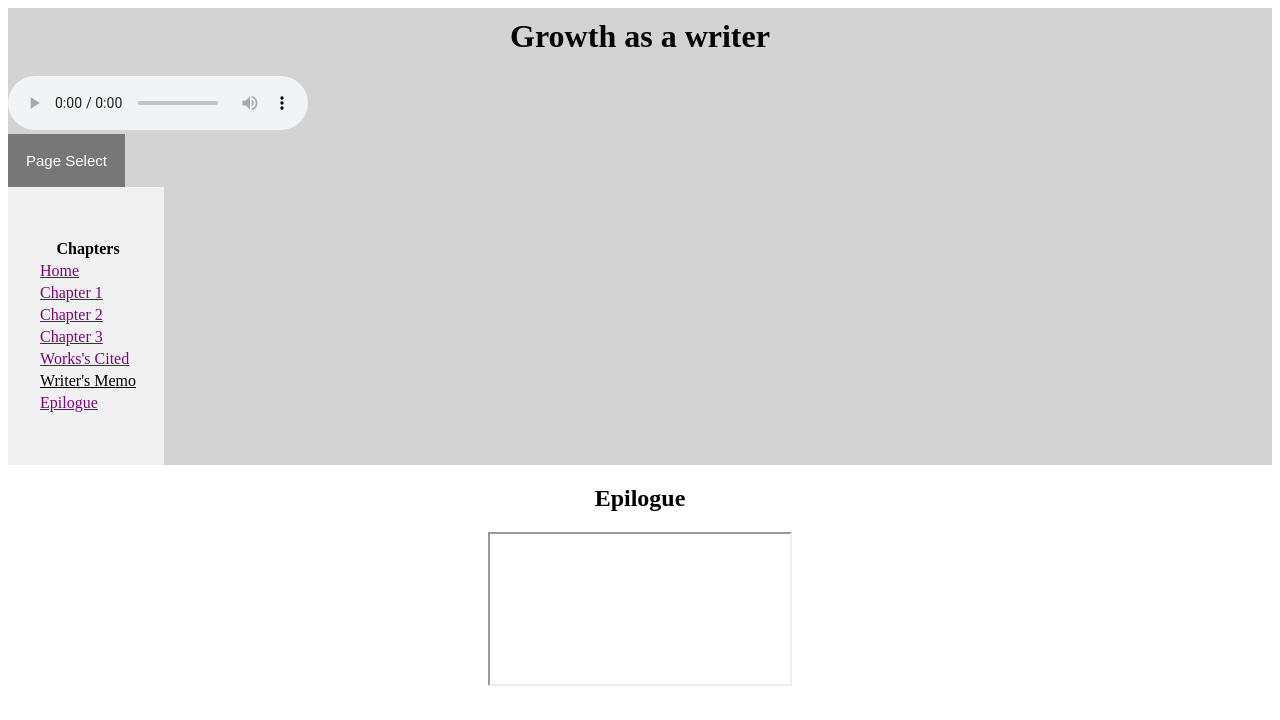
Repository: jpaisiem/WP-4
Page: Epilogue.html
These files come from the project's save history. The page is drawn as it stood at one moment and after the next save; the edit follows.
The browser window is 1280 px wide. The pictures show the whole page.

Above is the page before, as saved 2025-05-01 12:34:46.

### Epilogue.html
<!DOCTYPE html>
<html>
<head>
<meta name="viewport" content="width=device-width, initial-scale=1">
<style>
.collapsible {
  background-color: #777;
  color: white;
  cursor: pointer;
  padding: 18px;
  width: fit-content;
  border: none;
  text-align: left;
  outline: none;
  font-size: 15px;
}

.active, .collapsible:hover {
  background-color: #555;
}

.content {
  display: flex;
  flex-direction: column;
  overflow: hidden;
  background-color: #f1f1f1;
  width: fit-content;
  height: fit-content;
  padding-left: 2.3%;
  padding-right: 2%;
}
p
{
 font-size: 25px;
 text-align: left;
 margin-left:25%;
}
li
{
 font-size: 25px;
 text-align: left;
 margin-left: 5%;

}
</style>
<title>Growth as a writer - Epilogue</title>
</head>
<body>
    <div style="background-color: lightgray; display: flex; flex-direction: column; margin-top: 0%;">
        <h1 style="text-align: center; background-color: lightgray; padding-top: 10px; margin-top: 0%;">Growth as a writer</h1>
        <div style="align-items: center;">
        <audio controls>
            <source src="audio.mp3" type="audio/mpeg">
        </audio>
        </div>
<button type="button" class="collapsible">Page Select</button>
<div class="content">
  <p><table>
    <tr>
        <th>Chapters</th>
    </tr>
    <tr>
        <td><a href="index.html" style="color: purple;">Home</a></td>
    </tr>
    <tr>
        <td><a href="Chapter1.html" style="color: purple;">Chapter 1</a></td>
    </tr>
     <tr>
        <td><a href="Chapter2.html" style="color: purple;">Chapter 2</a></td>
    </tr>
    <tr>
        <td><a href="Chapter3.html" style="color: purple;">Chapter 3</a></td>
    </tr>
    <tr>
        <td><a href="WorksCited.html" style="color: purple;">Works&apos;s Cited</a></td>
    </tr>
    <tr>
        <td><a href="WritersMemo.html" style="color: black;">Writer&apos;s Memo</a></td>
    </tr>
    <tr>
        <td><a href="Epilogue.html" style="color: purple;">Epilogue</a></td>
    </tr>
  </table></p>
</div>
    </div>
<div style="text-align: center;">
     <h2 style="text-align: center;">Epilogue</h2>
    <iframe>

</div>
<script>
var coll = document.getElementsByClassName("collapsible");
var i;

for (i = 0; i < coll.length; i++) {
  coll[i].addEventListener("click", function() {
    this.classList.toggle("active");
    var content = this.nextElementSibling;
    if (content.style.display === "block") {
      content.style.display = "none";
    } else {
      content.style.display = "block";
    }
  });
}
if(location.reload){
    this.classList.toggle("collapsible");
}
</script>

</body>
</html>

After the next save:
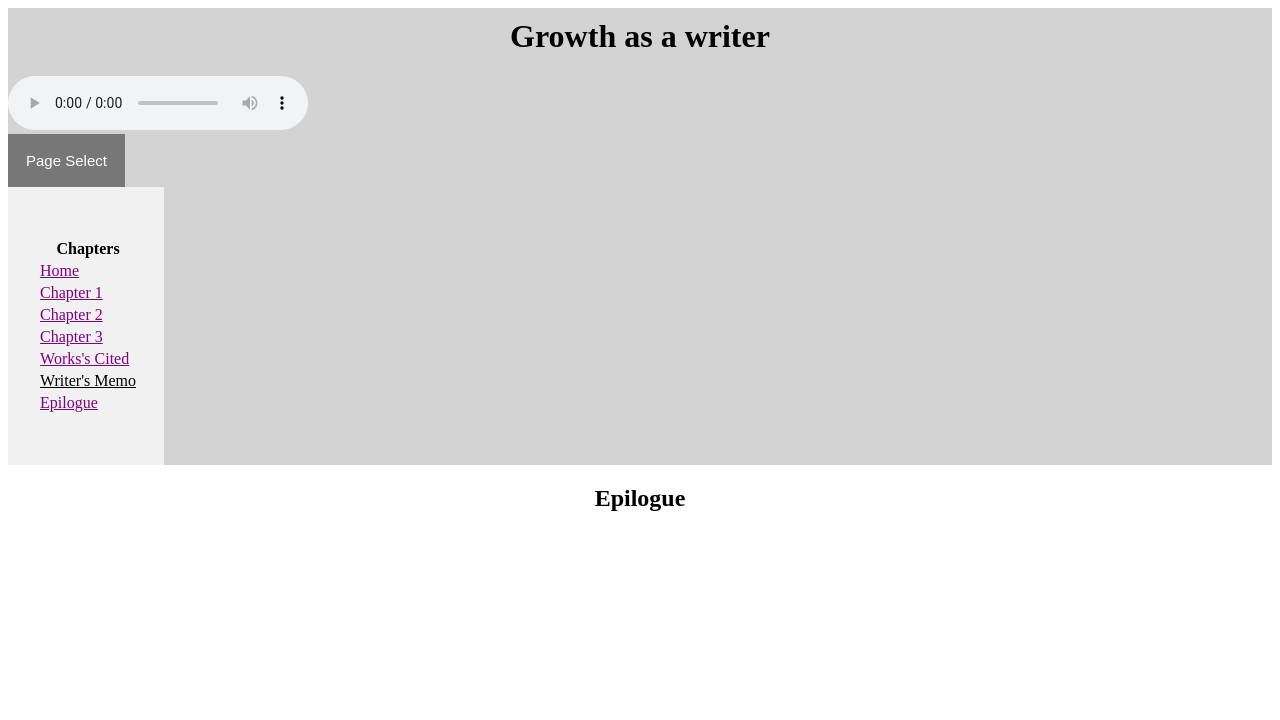
Console error: TypeError: Cannot read properties of undefined (reading 'toggle')
Saved 4 s later.
--- a/Epilogue.html
+++ b/Epilogue.html
@@ -85,7 +85,7 @@ li
     </div>
 <div style="text-align: center;">
      <h2 style="text-align: center;">Epilogue</h2>
-    <iframe>
+
 
 </div>
 <script>
